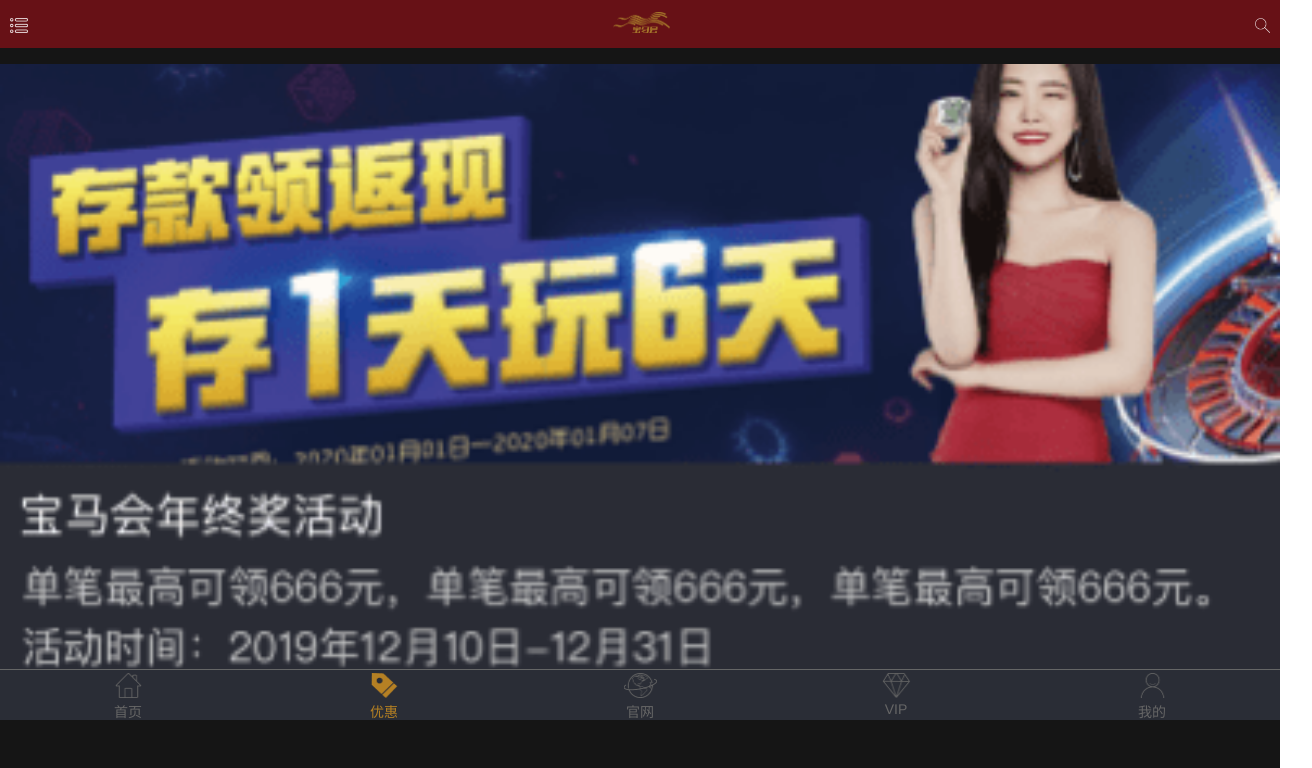
Repository: ada6688/IntegralMall
Page: /Youhui
An editor plug-in stored every save of this project. The page is shown before and after the next save, followed by the edit.
The browser window is 1280 px wide. The page is 1280 px wide, then 1312 px, so the pictures cover 1312 px, including what lies to the right of the window. The pictures show the whole page.
The project was rebuilt for these pictures with package versions that can differ from the ones it lists, and the page was loaded fresh each time. Also part of the build but not shown: src/components/page/notice.vue, src/components/page/shouye.vue, src/components/page/MainNav.vue, src/components/page/Member.vue, src/components/common/Topnav-c.vue, src/components/page/Vip.vue, src/router/index.js.

Above is the page before, as saved 2020-01-03 13:28:52.

### index.html
<!DOCTYPE html>
<html>
  <head>
    <meta charset="utf-8">
    <meta name="viewport" content="width=device-width,initial-scale=1.0">
    <title>integralmall</title>
  </head>
  <body>
    <div id="app"></div>
    <!-- built files will be auto injected -->
  </body>
</html>

### src/main.js
// The Vue build version to load with the `import` command
// (runtime-only or standalone) has been set in webpack.base.conf with an alias.
import Vue from 'vue'
import App from './App'
import router from './router'
import ElementUI from 'element-ui'
import 'element-ui/lib/theme-chalk/index.css'
import {Cell, CellGroup, Tabbar, TabbarItem, PullRefresh, Stepper, Tab, Tabs, Button, Row, Col, Swipe, SwipeItem, Lazyload, List, Field, NavBar} from 'vant'
import '../src/assets/css/common.css'
import '../src/assets/css/index.css'
import 'swiper/dist/css/swiper.css'
import VueAwesomeSwiper from 'vue-awesome-swiper'
// import BScroll from 'better-scroll'

// Vue.use(BScroll)
Vue.use(VueAwesomeSwiper)
Vue.use(ElementUI)
Vue.use(Cell).use(CellGroup).use(Tabbar).use(TabbarItem).use(Stepper).use(PullRefresh).use(Tab).use(Tabs).use(Field).use(NavBar).use(Button).use(Row).use(Col).use(Swipe).use(SwipeItem).use(Lazyload).use(List)

Vue.config.productionTip = false

/* eslint-disable no-new */
new Vue({
  el: '#app',
  router,
  components: {
    App
  },
  template: '<App/>'
})
// router.beforeEach((to, from, next) => {
//   console.log(to.meta.title)
//   if (to.meta.title) {
//     document.getElementById('top-logo-change').innerHTML = to.meta.title
//     // document.title = to.meta.title
//   }
//   next()
// })

### src/App.vue
<template>
  <div id="app">
    <router-view/>
  </div>
</template>

<script>
export default {
  name: 'App'
}
</script>

<style>
#app {
  font-family: 'Avenir', Helvetica, Arial, sans-serif;
  -webkit-font-smoothing: antialiased;
  -moz-osx-font-smoothing: grayscale;
  text-align: center;
  color: #2c3e50;
  background: #151515;
  height: 100vh;
}
</style>

### src/assets/css/common.css
body,p,ul{
  margin: 0;
  padding: 0;
}
li{
  list-style: none;
}
/* 顶部栏 */
.top-nav{
  width: 100%;
  height: 3rem;
  line-height: 3.5rem;
  background-color: #671116;
  position: fixed;
  top: 0;
  z-index: 99;
}
.top-nav > div{
  display: inline-block;
  height: 100%;
}
.top-nav-left{
  float: left;
  margin-left: 10px;
}
.top-nav-right{
  float: right;
  margin-right: 10px;
}
.banner-item > img{
  width: 100%;
}
.swiper-container{
  height: 7.28rem;
}
.top-nav-t{
  color: #B58024;
}
.main-wrap{
  margin-top: 3rem;
  /* margin-bottom: 2.3rem; */
  background: #151515;
}
/* 公告 */
.Notice-sign{
  width: 2rem;
  height: 100%;
  background: url('../images/topnav/lb.png') center no-repeat;
  float: left;
  box-shadow: 1px 0px 5px rgba(0,0,0,0.8);
}
.Notice-textBox {
  width: 100%;
  height: 1.3rem;
  line-height: 1.3rem;
  font-size: .5rem;
  color: #999999;
  background: #2A2D36;
  overflow: hidden;
  position: relative;
  text-align: left;
  z-index: 9;
}
.Notice-text {
  width: 100%;
  padding-left: 42px;
  position: absolute;
  bottom: 0;
}
.slide-enter-active, .slide-leave-active {
  transition: all 0.5s linear;
}
.slide-enter{
  transform: translateY(20px) scale(1);
  opacity: 1;
}
.slide-leave-to {
  transform: translateY(-20px) scale(0.8);
  opacity: 0;
}
/* 底部导航 */
.bottom-tab{
  width:100%;
  height:3.125rem;
  background-color:#2A2D36;
  border-top: 1px solid #656666;
  position: fixed;
  left:0px;
  bottom:0px;
}
.tab-item{
  width: 20%;
  float: left;
  align-items:center;
  justify-content:center;
  font-size:14px;
  color:#666;
  z-index: 999;
}
.NavSigh{
    width:33px;
    margin-top:3px;
}
.on{
  color:#b58023;
}

### src/assets/css/index.css
/****************** 首页商品 *****************/
.products-item{
  width: 46.9%;
  height: 100px;
  padding-right: 2.9%;
  border-right: 1px solid #161616;
  border-bottom: 1px solid #161616;
  background: #292C35;
  float: left;
}
.products-item-even{
  width: 46.9%;
  height: 100px;
  border-bottom: 1px solid #161616;
  background: #292C35;
  padding-left: 2.9%;
  float: left;
}
.product-item-text{
  width: 50%;
  height: 70px;
  color: #ffffff;
  margin-top: 15px;
  float: left;
  text-align: left;
}
.product-item-text p{
  height: 43px;
  font-size: 15px;
  margin-bottom: 5px;
  display: -webkit-box;/*作为弹性伸缩盒子模型显示*/
  -webkit-line-clamp: 2; /*显示的行数；如果要设置2行加...则设置为2*/
  overflow: hidden; /*超出的文本隐藏*/
  text-overflow: ellipsis; /* 溢出用省略号*/
  -webkit-box-orient: vertical;
}
.product-item-text span{
  color: #B58024;
  font-size: 13px;
}
.product-item-img{
  width: 12%;
  height: 100px;
  display: table-cell;
  vertical-align: middle;
  /* float: left; */
}
.product-item-img img{
  max-width: 100%;
}
/******************* 优惠 *******************/
.yh-wrap div{
  padding-top: 1rem;
  width: 100%;
}
.yh-wrap img{
  width: 100%;
}
/******************* VIP *******************/
.level-welfare-wrap, .level-require-wrap{
  padding-bottom: 20px;
}
.VipTop-level-sign{
  display: inline-block;
}
.VipTop-level-text{
  position: absolute;
  bottom: -5px;
}
.vip-level-wrap ul li{
  float: left;
  width: 33.33%;
  height: 79px;
}
.vip-level-wrap ul div{
  width: 34px;
  height: 34px;
  border: 1px solid #CCCCCC;
  border-radius: 17px;
  margin-bottom: 9px;
  display: inline-block;
  vertical-align: middle;
}
.vip-level-wrap ul img{
  margin-top: 7px;
}
.vip-level-wrap ul li>p{
  color: #CCCCCC;
  font-size: 13px;
}
.Vip-level-T{
  color: #ffffff;
  font-size: 16px;
  font-weight: bold;
  text-align: left;
  padding: 15px 0 10px 17px;
  background: #2A2C35;
}
.Vip-level-tips{
  color: #F5BF1B;
  font-size: 13px;
  text-align: left;
  padding: 15px 20px 10px 17px;
  background: #2A2C35;
}
.level-rules-wrap{
  color: #CCCCCC;
  font-size: 12px;
  background: #2A2C35;
  text-align: left;
  padding: 15px 17px 16px 17px;
  margin-bottom: 50px;
}
.level-rules-wrap span{
  font-size: 16px;
  color: #ffffff;
  display: inline-block;
  margin-bottom: 9px;
}
.level-rules-wrap p{
  line-height: 24px;
  /* margin-top: 5px; */
}
.level-rules-wrap p:last-child{
  margin-bottom: 10px;
}

### src/components/common/Bottomnav.vue
<template>
  <div class="bottom-tab">
    <div class="tab-item" @click="switchTo('/shouye')">
      <img class="NavSigh" :src="'/shouye' === $route.path ? tabBarImgArr[0].selected : tabBarImgArr[0].normal" alt="首页">
      <p :class="{on: '/shouye' === $route.path}">首页</p>
    </div>
    <div class="tab-item" @click="switchTo('/Youhui')">
      <img class="NavSigh" :src="'/Youhui' === $route.path ? tabBarImgArr[1].selected : tabBarImgArr[1].normal" alt="推荐">
      <p :class="{on: '/Youhui' === $route.path}">优惠</p>
    </div>
    <div class="tab-item">
      <img class="NavSigh" :src="'/' === $route.path ? tabBarImgArr[2].selected : tabBarImgArr[2].normal" alt="搜索">
      <p :class="{on: '/' === $route.path}">官网</p>
    </div>
    <div class="tab-item" @click="switchTo('/Vip')">
      <img class="NavSigh" :src="'/Vip' === $route.path ? tabBarImgArr[3].selected : tabBarImgArr[3].normal" alt="聊天">
      <p :class="{on: '/Vip' === $route.path}">VIP</p>
    </div>
    <div class="tab-item" @click="switchTo('/Member')">
      <img class="NavSigh" :src="'/Member' === $route.path ? tabBarImgArr[4].selected : tabBarImgArr[4].normal" alt="我的">
      <p :class="{on: '/Member' === $route.path}">我的</p>
    </div>
  </div>
</template>
<script>
export default {
  data () {
    return {
      tabBarImgArr: [
        {normal: require('../../assets/images/navLogo/sy_x.png'), selected: require('../../assets/images/navLogo/sy.png')},
        {normal: require('../../assets/images/navLogo/yh_x.png'), selected: require('../../assets/images/navLogo/yh.png')},
        {normal: require('../../assets/images/navLogo/gw_x.png'), selected: require('../../assets/images/navLogo/gw.png')},
        {normal: require('../../assets/images/navLogo/zs_x.png'), selected: require('../../assets/images/navLogo/zs.png')},
        {normal: require('../../assets/images/navLogo/wd_x.png'), selected: require('../../assets/images/navLogo/wd.png')}
      ]
    }
  },
  methods: {
    switchTo (path) {
      this.$router.replace(path)
    }
  }
}
</script>
<style>

</style>

### src/components/common/Topnav.vue
<template>
  <div class="top-nav">
    <div class="top-nav-left">
      <img src="../../assets/images/topnav/cd.png" alt="菜单">
    </div>
    <div id="top-logo-change" class="top-nav-logo">
      <img src="../../assets/images/topnav/logo.png" alt="logo">
    </div>
    <div class="top-nav-right">
      <img src="../../assets/images/topnav/ss.png" alt="搜索">
    </div>
  </div>
</template>
<script>
export default {
  data () {
    return {
      tabBarImgArr: [
        {normal: require('../../assets/images/topnav/logo.png')},
        {normal: require('../../assets/images/topnav/ss.png')},
        {normal: require('../../assets/images/topnav/cd.png')}
      ]
    }
  }
}
</script>
<style>

</style>

### src/components/page/Youhui.vue
<template>
  <div>
    <TopNav></TopNav>
    <div class="yh-wrap main-wrap">
      <div><img src="../../assets/images/yh/yh-banner.png" alt=""></div>
    </div>
    <BottomNav></BottomNav>
  </div>
</template>
<script>
import BottomNav from '@/components/common/Bottomnav'
import TopNav from '@/components/common/Topnav'

export default {
  name: 'App',
  components: {
    BottomNav,
    TopNav
  }
}
</script>
<style>

</style>

After the next save:
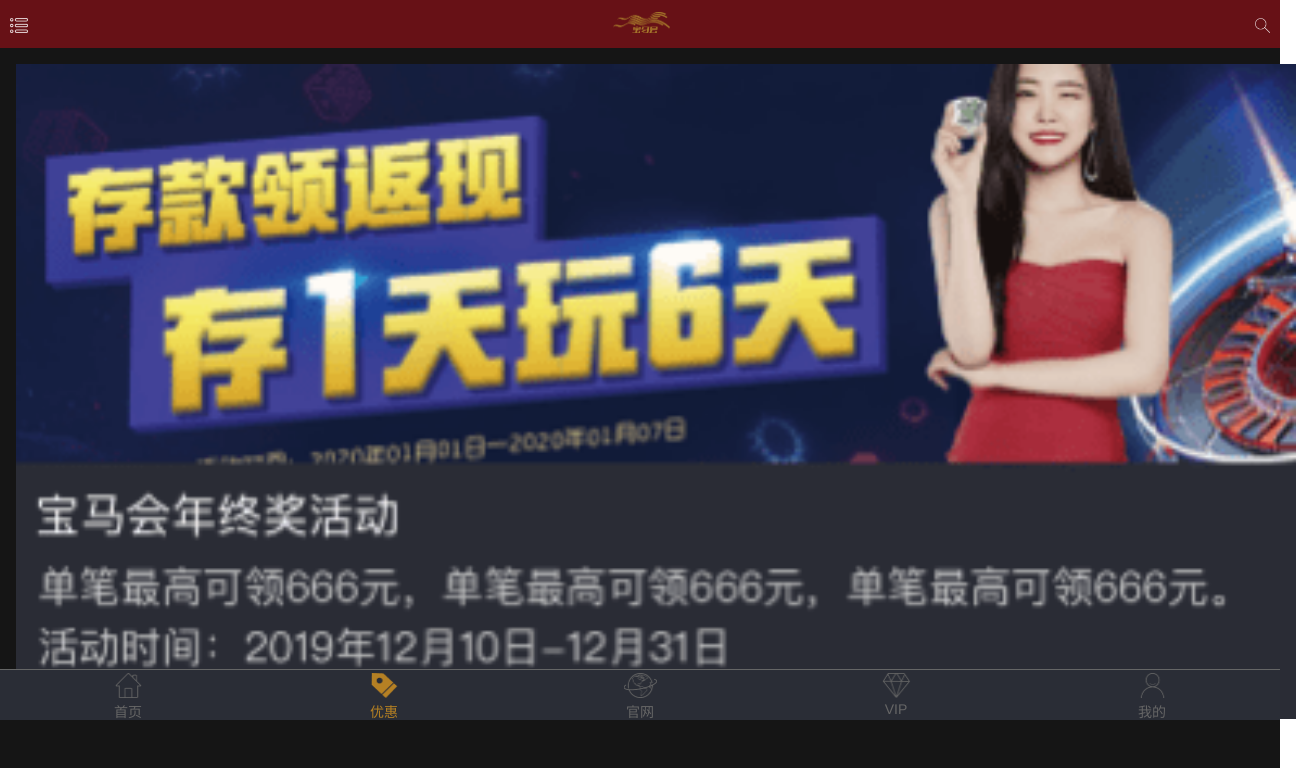
Saved 25 s later.
--- a/src/assets/css/index.css
+++ b/src/assets/css/index.css
@@ -50,7 +50,7 @@
 }
 /******************* 优惠 *******************/
 .yh-wrap div{
-  padding-top: 1rem;
+  padding: 1rem 1rem 0 1rem;
   width: 100%;
 }
 .yh-wrap img{
